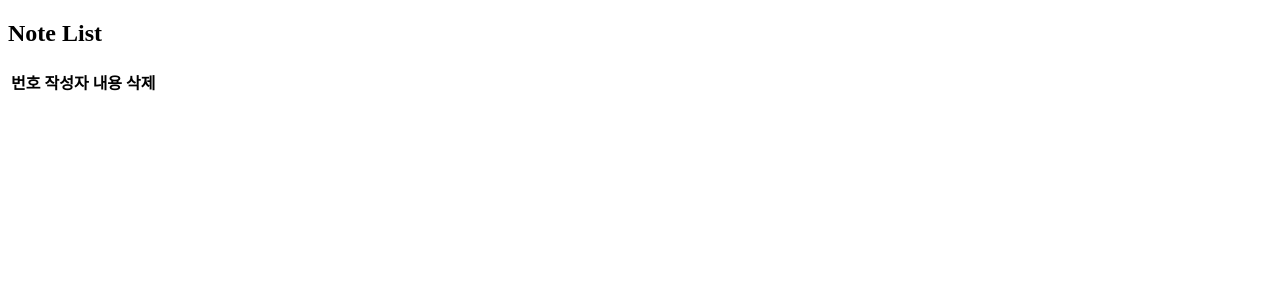
Repository: zboizz/springPractice
Page: http://localhost/springNote/list
These files come from the project's save history. The page is drawn as it stood at one moment and after the next save; the edit follows.
The browser window is 1280 px wide. The pictures show the whole page.
The page is served by Tomcat 9. Queries for data that is not in the repository find no rows.

Above is the page before, as saved 2020-01-08 00:48:57.

After the next save:
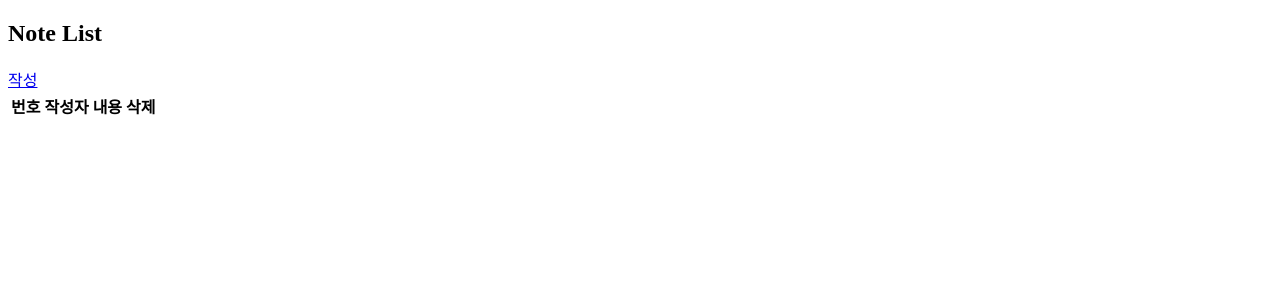
Saved 23 s later.
--- a/springNote/src/main/webapp/WEB-INF/views/noteList.jsp
+++ b/springNote/src/main/webapp/WEB-INF/views/noteList.jsp
@@ -24,8 +24,9 @@
 		<td><a href="delete?id=${dto.id}">삭제</a></td>
 	</tr>
 </c:forEach>
-<tr>
-</tr>
+	<tr>
+		<a href="form">작성</a>
+	</tr>
 </table>
 </body>
 </html>
